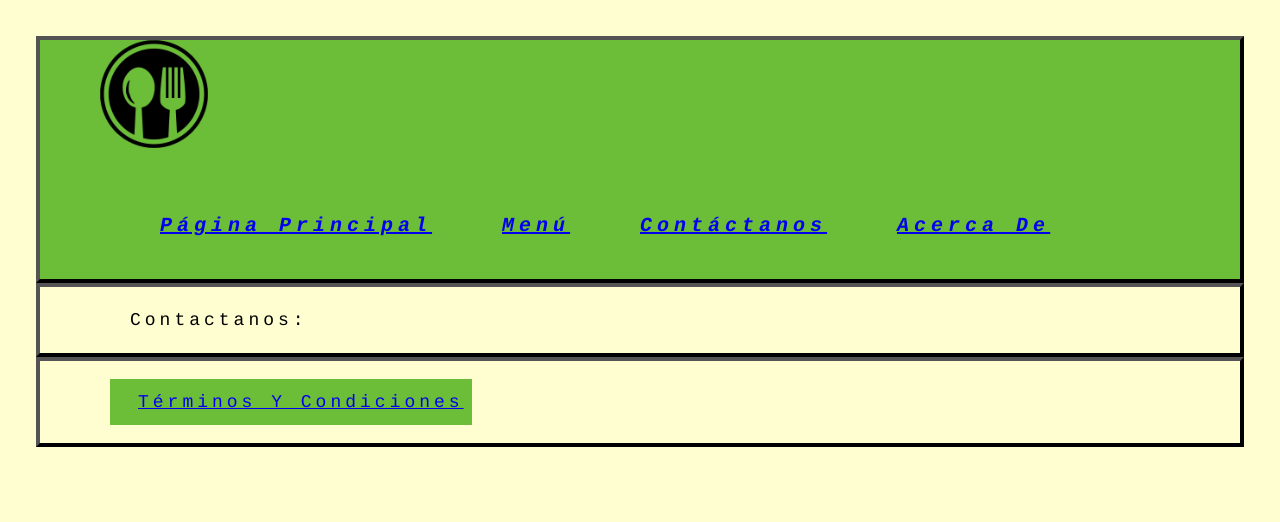
Repository: UVMCoyoacan/eq06_sitio1
Page: Carpeta docs/contactos.html
These files come from the project's save history. The page is drawn as it stood at one moment and after the next save; the edit follows.
The browser window is 1280 px wide. The pictures show the whole page.

Above is the page before, as saved 2024-04-14 00:04:14.

### Carpeta docs/contactos.html
<!DOCTYPE html>
<html>
    <head>
        <link rel="stylesheet" href="../Carpeta estilos/estilo1.css"/>
        <meta charset="utf-8" />
    </head>
    <body>
        <header id="parte_inicial" role="banner">
            <div class="encabezado" style="display: flex;   flex-wrap: wrap;">
                    <div style="flex-wrap:wrap ;">
                    <img width="108" height="108" src="../Carpeta ims/tres.png" >
                    </div>
            <div style="display: flex;   flex-wrap: wrap;">
            <ul >
                <li><a href="../index.html">Página principal</a></li>
                <li><a href="./menu.html">Menú</a></li>
                <li><a href="#">Contáctanos</a></li>
                <li style="float:right"><a class="active" href="../Carpeta docs/acercade.html">Acerca de</a></li>
            </ul>
        </div>
            </div>
        </header>
        <div style="border-style: outset; border-color: #000000; border-width: .4ch;">
            <footer >
                <div style="display: flex; flex-wrap: wrap;">
                    <ul> Contactanos:</ul>



                </div>
            </footer>
        </div>
        <div style="border-style: outset; border-color: #000000; border-width: .4ch;">
            <footer >
                <div style="display: flex; flex-wrap: wrap;">
                    <ul><a href="./Carpeta docs/terminos.html">Términos y condiciones</a></ul>

                </div>
            </footer>
        </div>
    </body>
    <script src="../Carpeta js/js1.js">
    </script>
</html>

### Carpeta estilos/estilo1.css
body{
  background-color:#fefec0be;
  font-size:20px;
  font-family:Courier;
  font-weight:bold;
  font-style:normal;
  line-height:30px;
  letter-spacing:5px;
  padding: 28px;
  text-transform:capitalize;
  text-align:left;
  text-indent:30px;

}
header{
  background-color:#6cbe39;
  font-size:20px;
  font-family:Courier;
  font-weight:bold;
  font-style:italic;
  line-height:60px;
  letter-spacing:5px;
  text-transform:capitalize;
  text-align:left;
  text-indent:60px;
  border-style: outset;
  border-color: #000000;
  border-width: .4ch;

}
li {
  display: inline;
  float: left;
  background-color:#6cbe39;
  font-size:20px;
  font-family:Courier;
  font-weight:bold;
  font-style:oblique;
  line-height:30px;
  letter-spacing:5px;
  text-decoration:underline;
  text-transform:capitalize;
  text-align:left;
  text-indent:30px;
  border-style:inherit;
  border-color: #303130;
  padding: 12px;
}


a {
  display: block;
  padding: 8px;
  background-color:#6cbe39;
}
.active {
  background-color:transparent;

}

#titulo{
  text-decoration: overline underline;
  font-size:30px;
  font-style:oblique;

}

p{

    font-size: 30px;
    font-family: Courier;
    font-weight: bold;
    font-style:italic;
    line-height: 30px;
    letter-spacing: 5px;
    text-transform: capitalize;
    text-align: left;
    text-indent: 30px;
    margin-left: auto;
    color: #2e2e2e;
      background-color: #ffffff;


    }

  ol{

      font-size: 20px;
      font-family: Courier;
      font-weight:200;
      font-style: normal;
      line-height: 30px;
      letter-spacing: 5px;
      text-transform: capitalize;
      text-align: left;
      text-indent: 30px;
      color: #2e2e2e;
      padding-left: 40px;
    }
    h1{
      font-size: 30px;
      font-family: Courier;
      font-weight: bold;
      font-style:italic;
      line-height: 30px;
      letter-spacing: 5px;
      text-transform: capitalize;
      text-align: left;
      text-indent: 30px;
      margin-left: auto;
      color: #2e2e2e;
        background-color: #b3e64c;
    }
    h2 {
      font-size: 30px;
      font-family: Arial, sans-serif;
      font-weight: bold;
      font-style: normal;
      line-height: 1.5;
      letter-spacing: 1px;
      text-transform: uppercase;
      text-align: center;
      color: #333333;
      margin-top: 20px;
      margin-bottom: 20px;
    }
    ul{
      font-size: 18px;
      font-family: Courier;
      font-weight:200;
      font-style:initial;
      line-height: 30px;
      letter-spacing: 4px;
      text-transform: capitalize;
      text-align: left;
      text-indent: 20px;
      color: #000000;
      padding-left: 70px;
      padding-right: 70px;

    }

  h3{
    font-size: 30px;
    font-family: Courier;
    font-weight: bold;
    font-style:italic;
    line-height: 30px;
    letter-spacing: 5px;
    text-transform: capitalize;
    text-align: left;
    text-indent: 30px;
    margin-left: auto;
    color: #2e2e2e;
      background-color: #b3e64c;
  }
  h4 {
    font-size: 30px;
    font-family: Arial, sans-serif;
    font-weight: bold;
    font-style: normal;
    line-height: 1.5;
    letter-spacing: 1px;
    text-transform: uppercase;
    text-align: center;
    color: #333333;
    margin-top: 20px;
    margin-bottom: 20px;
  }
  @keyframes bounce {
    0% { transform: translateY(0); }
    50% { transform: translateY(-40px); }
    100% { transform: translateY(0); }
  }

  .bounce {
    animation: bounce 1.0s infinite;
  }

  .slider-section img{
    width: 500px;
    height: 100%;
    object-fit: cover;
    border-radius:  15px;
  }

  .container-carrousel{
    position: relative;
    width: 500px;
    height: 300px;
    background-color: #e0e0e0;
    border-radius: 15px;
    overflow: hidden;
   justify-content: center;

  }

  .carruseles{
    width: 400%;
    height: 100%;
    display: flex;
    border: solid thin red;
  }

  .slider-section{
    width: calc(100%/4);
    height: 100%;

  }

  .btn-left, .btn-right{
    display: flex;
    position: absolute;
    top: 50%;
    font-size: 1.5rem;
    background-color: transparent;
    border-radius: 5px;
    padding: 5px;
    font-weight: 600;
    cursor: pointer;
    color: #ffffff81;
    transform: translate(0,-50%);
    transition: .5s ease;
    user-select: none;
  }

  .btn-left:hover,.btn-right:hover{
    background-color: #333333d4;
    color: #fff ;
  }
  .btn-left{
    left: 10px;
  }
  .btn-right{
    right: 10px;
  }
  .move-right {
    float: right;
}

### Carpeta js/js1.js
function redirigirIndex() {
    window.location.href = '../index.html';
}

After the next save:
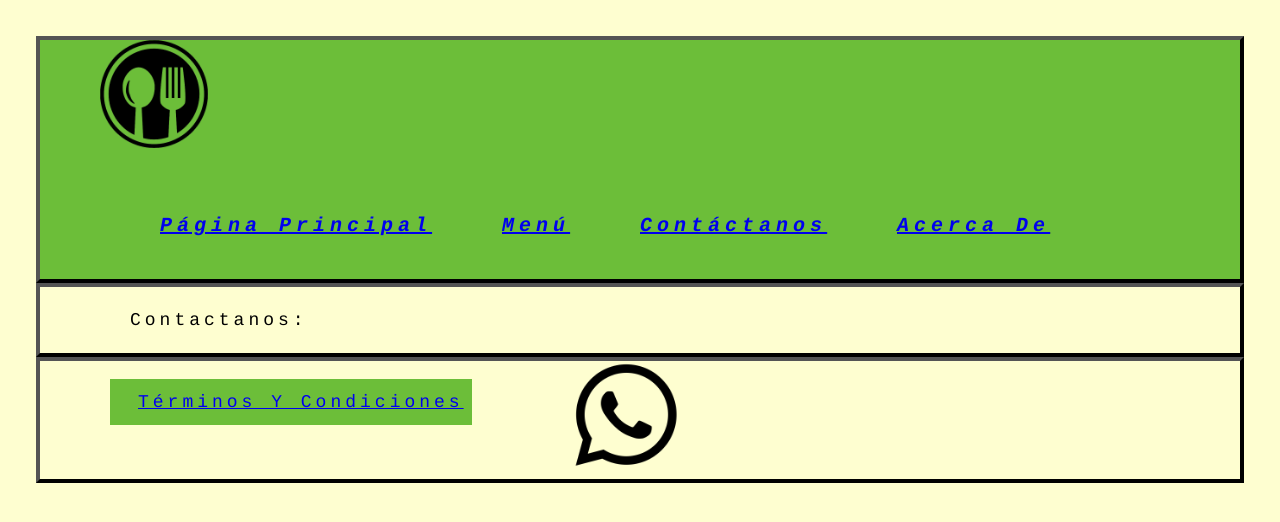
Saved 53 s later.
--- a/Carpeta docs/contactos.html
+++ b/Carpeta docs/contactos.html
@@ -34,6 +34,12 @@
             <footer >
                 <div style="display: flex; flex-wrap: wrap;">
                     <ul><a href="./Carpeta docs/terminos.html">Términos y condiciones</a></ul>
+                    <div class="move-right" style="display: flex;   flex-wrap: wrap; ">
+                        <div style="flex-wrap:wrap; text-align: center; white-space: nowrap; ">
+                        <img width="108" height="108" src="./Carpeta ims/whatsapp.png" onclick="redirigirIndex()" ;>
+
+
+                        </div>
 
                 </div>
             </footer>
